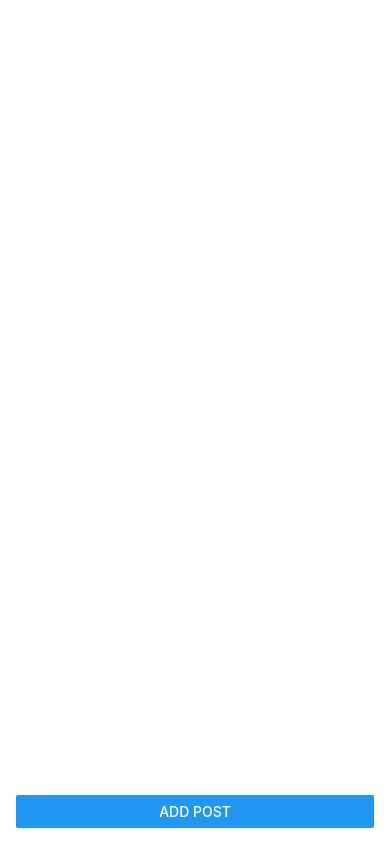
Repository: ntu34543/React-Native
Screen: / (app in demo/)
The author's editor kept a copy of each file at every save. The screen is drawn from the files as they stood at one save, then again after the next save.
The page's requests for data from a server got no answer. The app was drawn by React Native's web renderer in a window 390 px wide. The project was rebuilt for these pictures with package versions that can differ from the ones it lists, and the page was loaded fresh each time. No one was signed in, and anything a server would have sent is missing.

Above is the screen before, as saved 2022-09-13 11:45:23.

### demo/App.js
import { StatusBar } from "expo-status-bar";
import { useEffect, useState } from "react";
import {
  Button,
  FlatList,
  StyleSheet,
  Text,
  View,
  TouchableOpacity,
} from "react-native";
import { AntDesign } from "@expo/vector-icons";

export default function App() {
  const [data, setData] = useState([]);

  const getPosts = () => {
    fetch("https://6995-14-224-144-137.ap.ngrok.io/posts")
      .then((res) => res.json())
      .then((resJson) => {
        console.log("data", resJson);
        setData(resJson);
      })
      .catch((e) => console.error(e));
  };

  const addPosts = (title, author) => {
    fetch("https://6995-14-224-144-137.ap.ngrok.io/posts", {
      method: "POST",
      headers: {
        "Content-Type": "application/json",
        Accept: "application/json",
      },
      body: JSON.stringify({
        title: title,
        author: author,
      }),
    })
      .then((res) => res.json())
      .then((resJson) => {
        console.log("data", resJson);
        setData(resJson);
      })
      .catch((e) => console.error(e));
  };

  useEffect(() => {
    getPosts();
  }, []);
  return (
    <View style={styles.container}>
      <StatusBar style="auto" />
      <FlatList
        data={data}
        keyExtractor={(item, index) => index.toString()}
        renderItem={({ item }) => {
          return (
            <View style={styles.container}>
              <View style={styles.showItem}>
                <View>
                  <Text>{item.title}</Text>
                  <Text>{item.author}</Text>
                </View>
                <TouchableOpacity>
                  <AntDesign name="delete" size={24} />
                </TouchableOpacity>
              </View>
            </View>
          );
        }}
      />
      <Button
        title="Add Post"
        onPress={() => {
          addPosts("title", "posts");
        }}
      />
    </View>
  );
}

const styles = StyleSheet.create({
  container: {
    flex: 1,
    backgroundColor: "#fff",
    justifyContent: "center",
    // padding: 16,
    margin: 16,
  },
  showItem: {
    borderWidth: 1,
    borderColor: "black",
  },
});

After the next save:
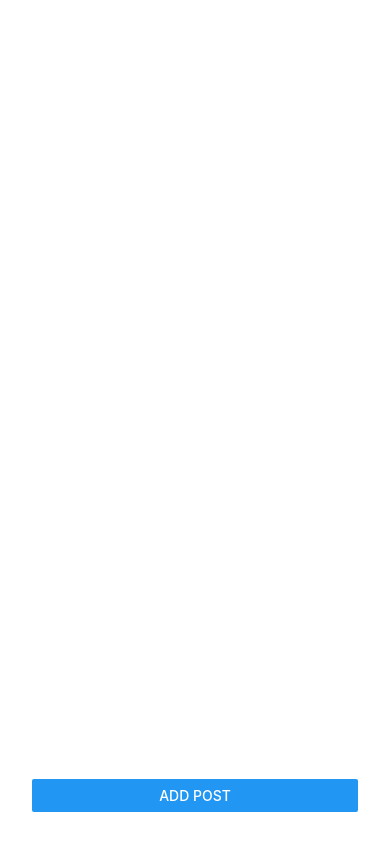
Saved 20 s later.
--- a/demo/App.js
+++ b/demo/App.js
@@ -83,7 +83,7 @@
     flex: 1,
     backgroundColor: "#fff",
     justifyContent: "center",
-    // padding: 16,
+    padding: 16,
     margin: 16,
   },
   showItem: {

After the 3 saves that followed:
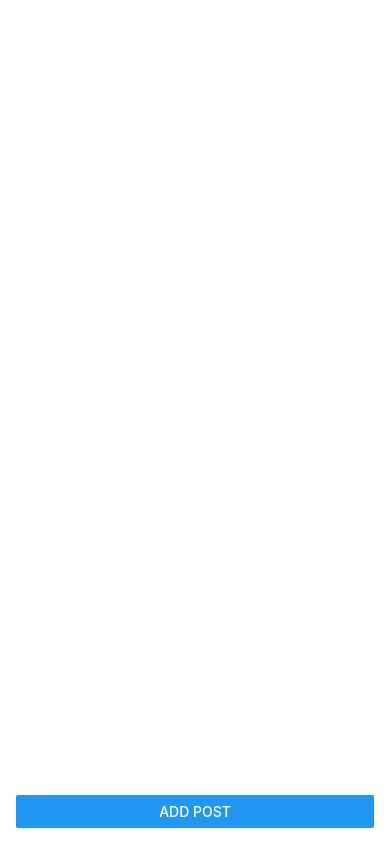
The 3 saves are shown as one change because they came seconds apart.
The last was saved 9 s later.
--- a/demo/App.js
+++ b/demo/App.js
@@ -83,11 +83,11 @@
     flex: 1,
     backgroundColor: "#fff",
     justifyContent: "center",
-    padding: 16,
     margin: 16,
   },
   showItem: {
     borderWidth: 1,
     borderColor: "black",
+    padding: 16,
   },
 });
